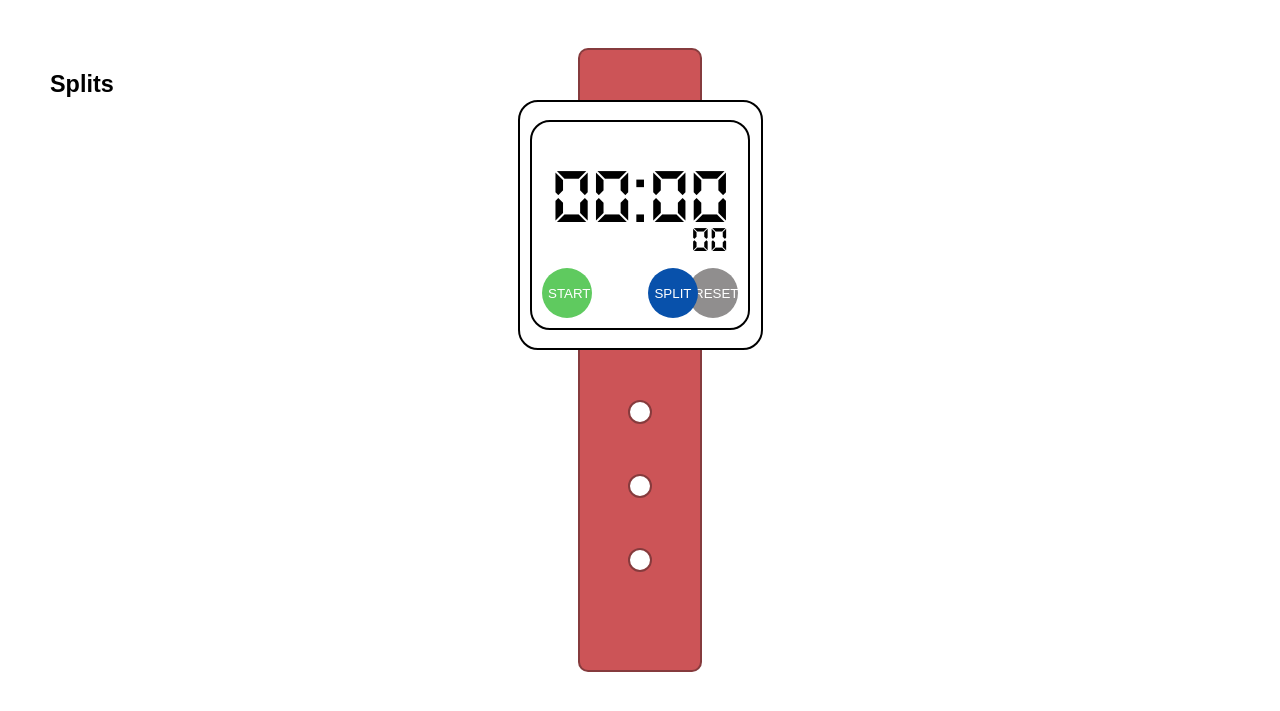
Repository: konstantin0s/lab-chronometer
Page: index.html
An editor plug-in stored every save of this project. The page is shown before and after the next save, followed by the edit.
The browser window is 1280 px wide. The pictures show the whole page.

Above is the page before, as saved 2019-02-05 14:29:59.

After the next save:
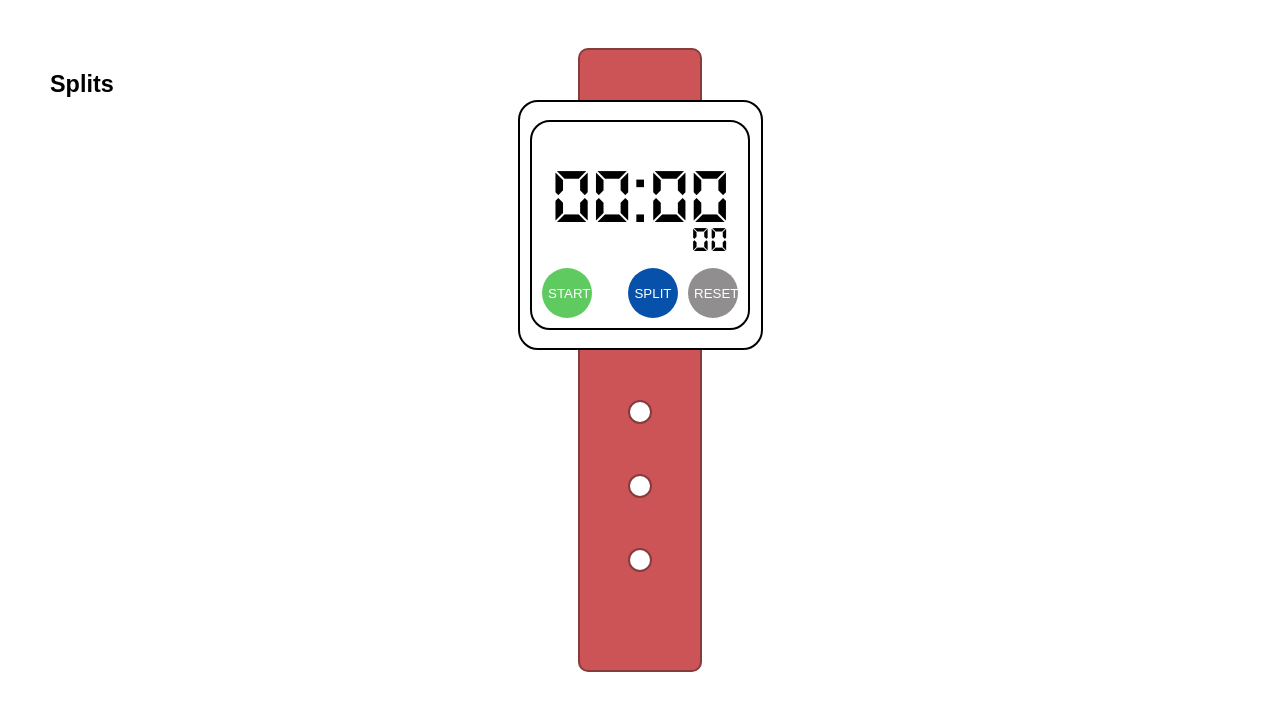
Saved 4 s later.
--- a/stylesheets/styles.css
+++ b/stylesheets/styles.css
@@ -111,7 +111,7 @@ body {
 }
 
 .btn.split {
-  right: 50px;
+  right: 70px;
 }
 
 
